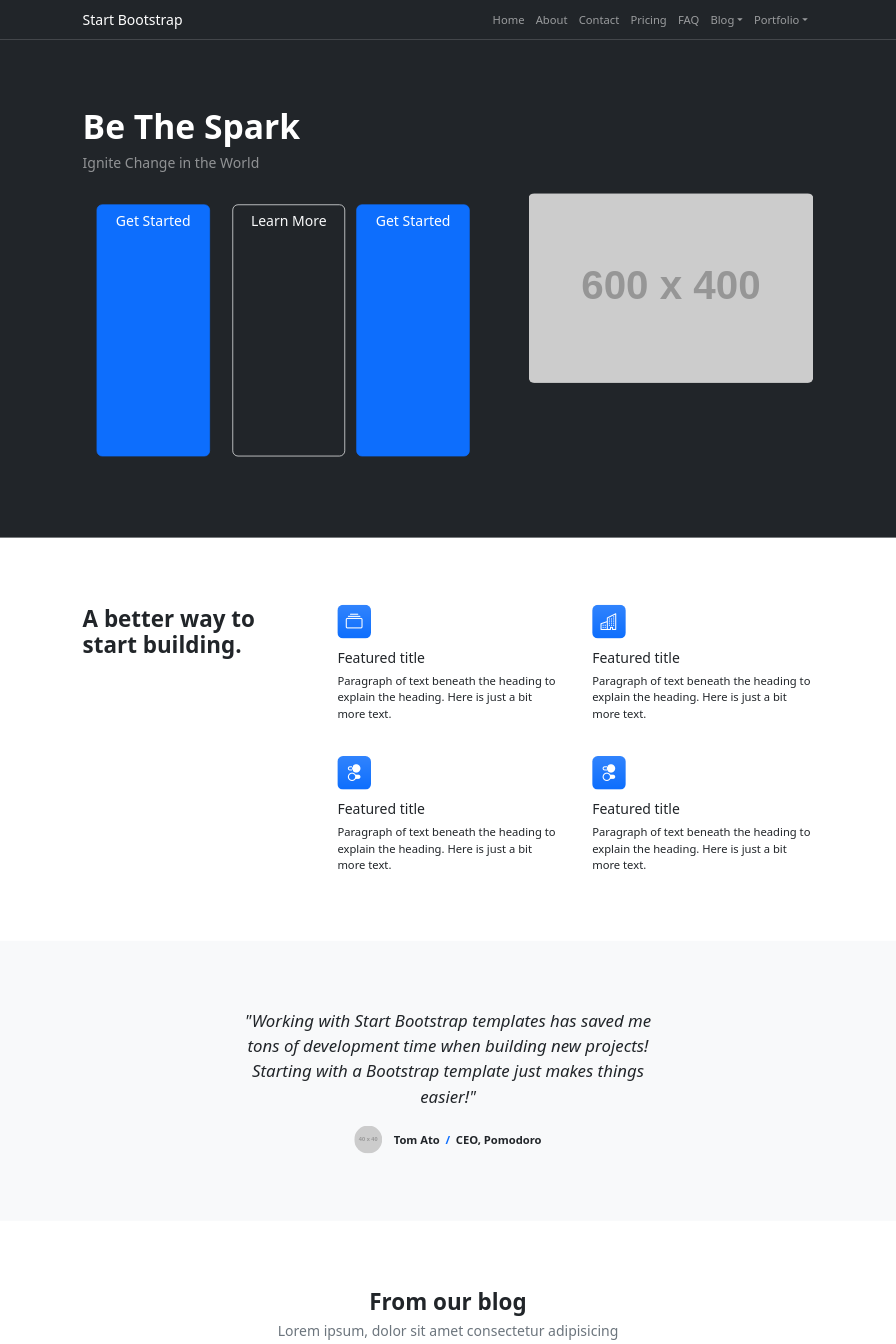
Repository: DragonFruit8/BeTheSpark
Page: index.html
These files come from the project's save history. The page is drawn as it stood at one moment and after a run of saves; the edit follows.
The browser window is 1280 px wide. The pictures show the part of the page from y = 0 to 1920 px (the page is 2912 px tall before and 2812 px after), at 70% of full size.

Above is the page before, as saved 2024-01-05 08:17:04.

After the next 2 saves:
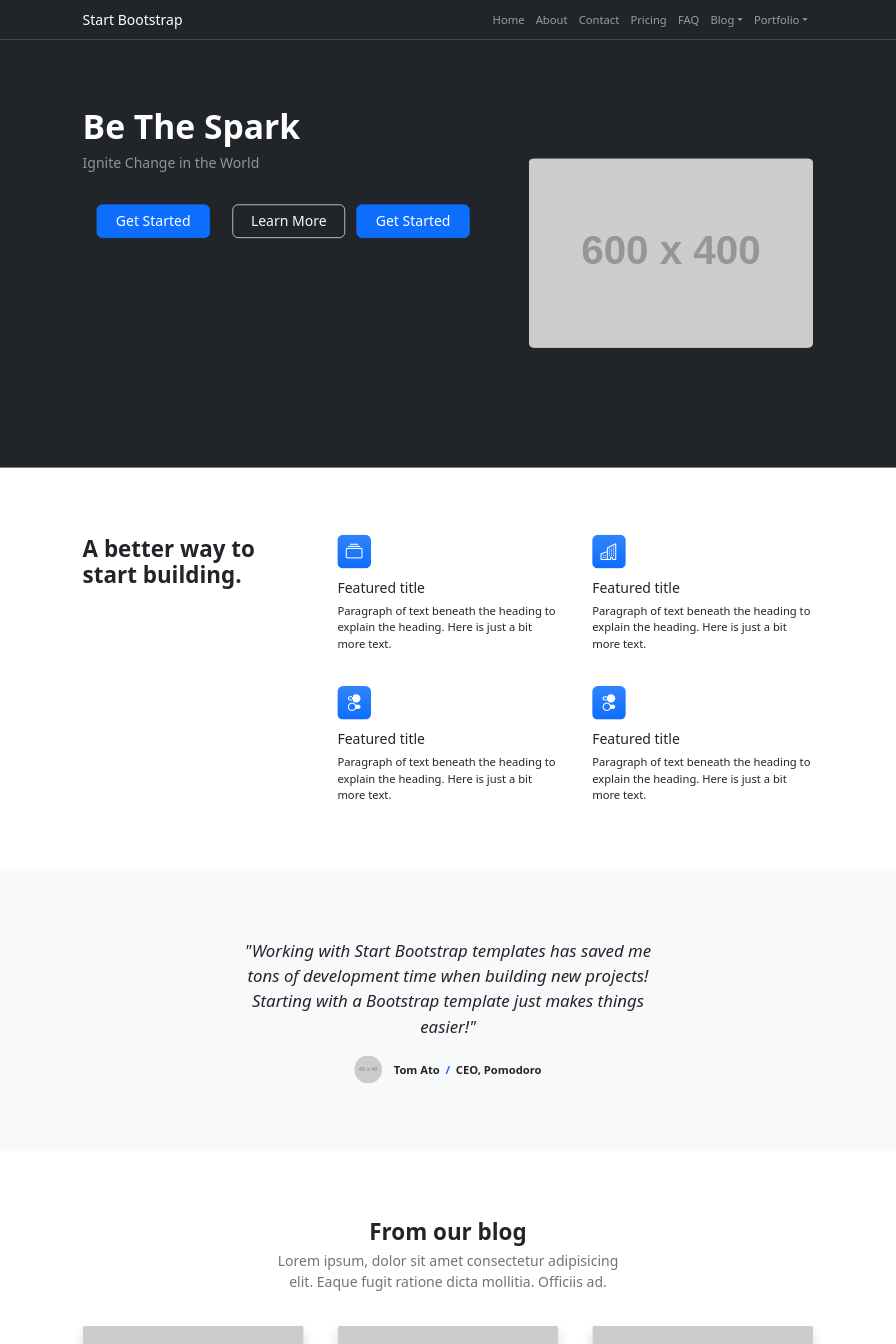
The 2 saves are shown as one change because they came seconds apart.
The last was saved 12 s later.
--- a/css/home.css
+++ b/css/home.css
@@ -1,5 +1,5 @@
 #CTA{
-    height:400px;
+    min-height:300px;
     padding: 20px;
     margin-top: 20px;
     margin-bottom: 20px;
